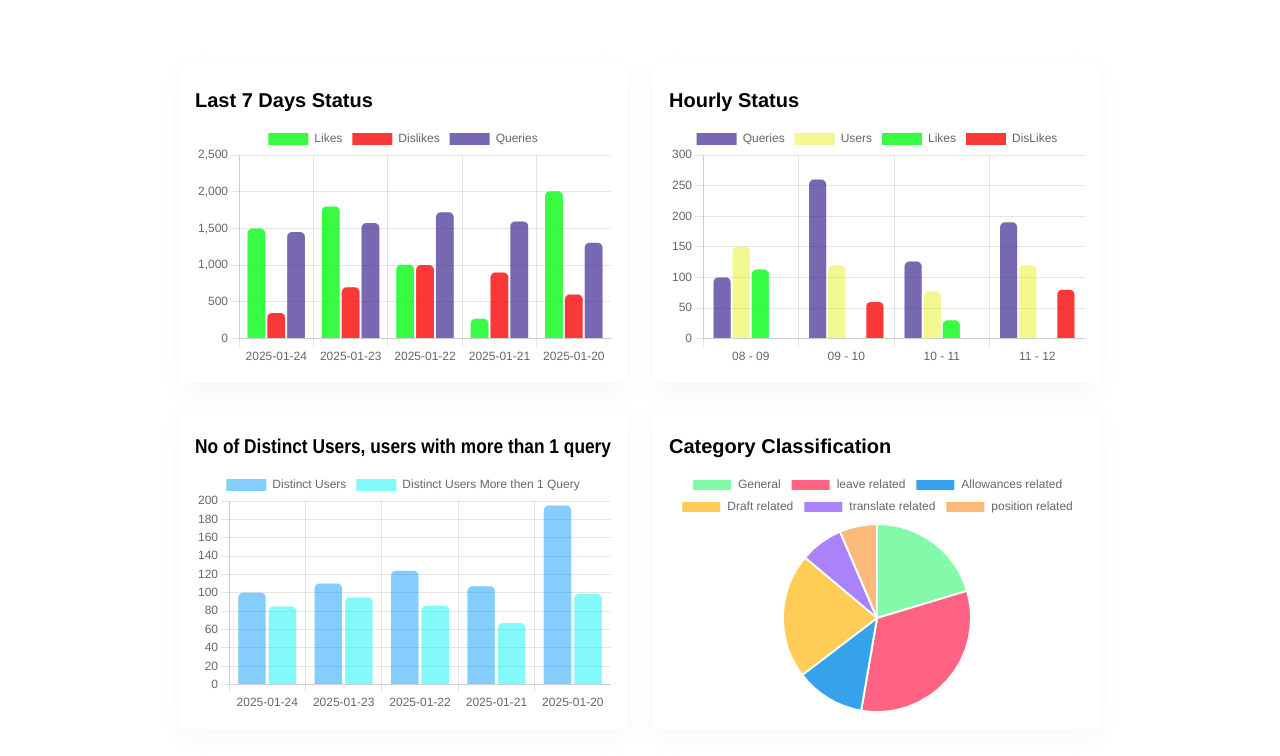
Repository: NAGARAJ-DEVELOPER/Dashboard
Page: /
An editor plug-in stored every save of this project. The page is shown before and after the next save, followed by the edit.
The browser window is 1280 px wide. The pictures show the whole page.
The project was rebuilt for these pictures with package versions that can differ from the ones it lists, and the page was loaded fresh each time. Also part of the build but not shown: vite.config.js.

Above is the page before, as saved 2025-02-12 00:36:36.

### src/App.jsx
import React from "react";
import { Chart as ChartJS, defaults } from "chart.js/auto";
import { Bar, Doughnut, Line, Pie } from "react-chartjs-2";

import "./App.css";


import sourceData from "./data/sourceData.json";
import Week from "./data/7days.json";
import toady from "./data/Today.json";
import user from "./data/Users.json";
import category from "./data/Category.json";

defaults.maintainAspectRatio = false;
defaults.responsive = true;

defaults.plugins.title.display = true;
defaults.plugins.title.align = "start";
defaults.plugins.title.font.size = 20;
defaults.plugins.title.color = "black";

export const App = () => {


  return (
   <>
   <div>
    <br></br>
    <br></br>
   </div>
    <div className="App">

        <div className="dataCard categoryCard">
        <Bar
          data={{
            labels: Week.map((data) => data.DATE1),
            datasets: [
              {
                label: "Likes",
                data: Week.map((data) => data.number_of_likes),
                backgroundColor: [
             "rgba(7, 250, 20, 0.8)",
                ],
                borderRadius: 5,
              },
              {
                label: "Dislikes",
                data: Week.map((data) => data.number_of_dislikes),
                backgroundColor: [

                  "rgba(250, 7, 7, 0.8)",

                ],
                borderRadius: 5,
              },
              {
                label: "Queries",
                data: Week.map((data) => data.number_of_ques),
                backgroundColor: [
                  "rgba(63, 40, 145, 0.7)",
                ],
                borderRadius: 5,
              },
            ],
          }}
          options={{
            plugins: {
              title: {
                text: "Last 7 Days Status",
              },
            },
          }}
        />
      </div>


      <div className="dataCard categoryCard">
        <Bar
          data={{
            labels: toady.map((data) => data.B_TIME),
            datasets: [
              {
                label: "Queries",
                data: toady.map((data) => data.C_Questions),
                backgroundColor: [
                  "rgba(63, 40, 145, 0.7)",
                ],
                borderRadius: 5,
              },
              {
                label: "Users",
                data: toady.map((data) => data.D_Users),
                backgroundColor: [

                  "rgba(231, 235, 8, 0.45)",

                ],
                borderRadius: 5,
              },
              {
                label: "Likes",
                data: toady.map((data) => data.F_Likes),
                backgroundColor: [
                  "rgba(7, 250, 20, 0.8)",
                ],
                borderRadius: 5,
              },
              {
                label: "DisLikes",
                data: toady.map((data) => data.Dis_Likes),
                backgroundColor: [
                  "rgba(250, 7, 7, 0.8)",
                ],
                borderRadius: 5,
              },
            ],
          }}
          options={{
            plugins: {
              title: {
                text: "Hourly Status",
              },
            },
          }}
        />
      </div>
      <div className="dataCard categoryCard">
        <Bar
          data={{
            labels: user.map((data) => data.DATE1),
            datasets: [
              {
                label: "Distinct Users",
                data: user.map((data) => data.number_of_distinct_users),
                backgroundColor: 'rgba(10, 155, 252, 0.5)',
                borderRadius: 5,
              },
              {
                label: "Distinct Users More then 1 Query",
                data: user.map((data) => data.Distinct_Users_more_1query),
                backgroundColor:'rgba(10, 243, 243, 0.5)',
                borderRadius: 5,
              },
            ],
          }}
          options={{
            plugins: {
              title: {
                text: "No of Distinct Users, users with more than 1 query",
              },
            },
          }}
        />
      </div>


      <div className="dataCard categoryCard">
        <Pie
          data={{
            labels: category.map((data) => data.category),
            datasets: [
              {
                label: "Count",
                data: category.map((data) => data.COUNT_CAT),
                backgroundColor: [
                  'rgba(7, 245, 86, 0.5)',
         'rgb(255, 99, 132)',
      'rgb(54, 162, 235)',
      'rgb(255, 205, 86)',
        'rgba(86, 6, 245, 0.5)',
        'rgba(247, 129, 11, 0.55)',
                ],
                borderColor: [
                  'rgb(250, 255, 251)',
                  'rgb(250, 255, 251)',
                  'rgb(250, 255, 251)',
                  'rgb(250, 255, 251)',
                  'rgb(250, 255, 251)',
                  'rgb(250, 255, 251)',
                ],animation :Pie,
              },
            ],
          }}
          options={{
            plugins: {
              title: {
                text: "Category Classification",
              },
            },
          }}
        />
      </div>
    </div>
    </>
  );
};

### src/App.css
.App {
  height: 100vh;
  width: 100%;
  display: flex;
  flex-direction: row;
  align-items: center;
  justify-content: center;
  align-content: center;
  gap: 2vw;
  flex-wrap: wrap;
  background-color: #ffffff;
  overflow: auto;
}
.Height{

}
.dataCard {
  background-color: #ffffff;
  border-radius: 0.5em;
  box-shadow: rgba(208, 210, 218, 0.2) 0px 8px 24px;
  padding: 1em;
}

.revenueCard {
  width: 92%;
  height: 20rem;
}

.customerCard {
  width: 50%;
  height: 20rem;
}

.categoryCard {
  width: 35%;
  height: 20rem;
}

### src/data/sourceData.json
[
  {
    "label": "Queries",
    "value": 327787
  },
  {
    "label": "Likes",
    "value": 45877
  },
  {
    "label": "Dislikes",
    "value": 238787
  }
]

### src/data/7days.json
[
    {  "DATE1": "2025-01-24", "number_of_dislikes": 350, "number_of_likes": 1500,  "number_of_ques": 1452 },
    {  "DATE1": "2025-01-23", "number_of_dislikes": 700, "number_of_likes": 1800,  "number_of_ques": 1574 },
    {  "DATE1": "2025-01-22", "number_of_dislikes": 1003, "number_of_likes": 1005,  "number_of_ques": 1720 },
    {  "DATE1": "2025-01-21", "number_of_dislikes": 900, "number_of_likes": 270,  "number_of_ques": 1596 },
    {  "DATE1": "2025-01-20", "number_of_dislikes": 600, "number_of_likes": 2005,  "number_of_ques": 1304 }
  ]

### src/data/Today.json
[
  { "A_DATE": "2025-01-27", "B_TIME": "08 - 09", "C_Questions": 100, "D_Users": 150 ,"F_Likes": 113},
  { "A_DATE": "2025-01-27",  "B_TIME": "09 - 10", "C_Questions": 260, "D_Users": 120,"Dis_Likes":60},
  { "A_DATE": "2025-01-27", "B_TIME": "10 - 11", "C_Questions": 126, "D_Users": 77, "F_Likes": 30 },
  { "A_DATE": "2025-01-27", "B_TIME": "11 - 12", "C_Questions": 190, "D_Users": 120,"Dis_Likes":80 }
]

### src/data/Users.json
[
  {  "DATE1": "2025-01-24", "number_of_distinct_users": 100, "Distinct_Users_more_1query": 85 },
  {  "DATE1": "2025-01-23", "number_of_distinct_users": 110, "Distinct_Users_more_1query": 95 },
  {  "DATE1": "2025-01-22", "number_of_distinct_users": 124, "Distinct_Users_more_1query": 86  },
  {  "DATE1": "2025-01-21", "number_of_distinct_users": 107, "Distinct_Users_more_1query": 67  },
  {  "DATE1": "2025-01-20", "number_of_distinct_users": 195, "Distinct_Users_more_1query": 99  }
]

### src/data/Category.json
[
  { "category": "General", "COUNT_CAT": 2434 },
  { "category": "leave related", "COUNT_CAT": 3870 },
  { "category": "Allowances related", "COUNT_CAT": 1430 },
  { "category": "Draft related", "COUNT_CAT": 2569 },
  { "category": "translate related", "COUNT_CAT": 891 },
  { "category": "position related", "COUNT_CAT": 770 }
]

Loaded but not shown: index.html (common file); src/main.jsx (common file); src/index.css (common file)

After the next save:
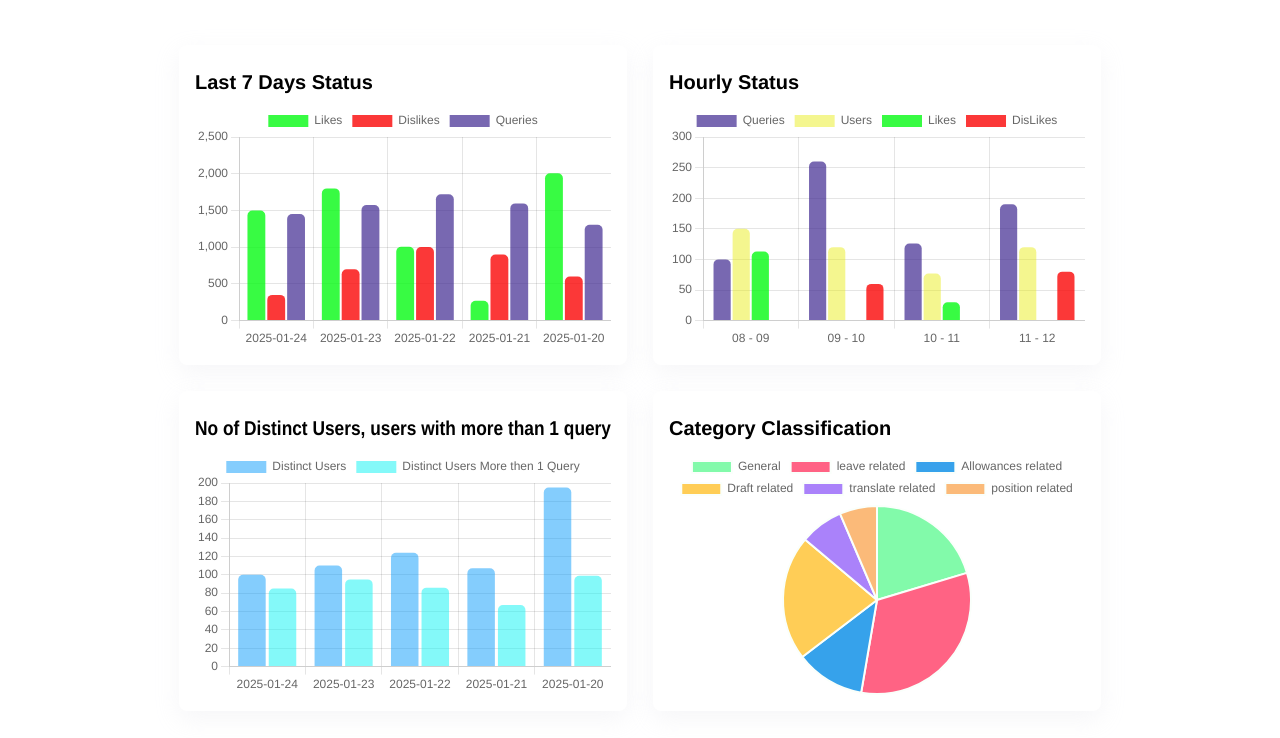
Saved 42 s later.
--- a/src/App.jsx
+++ b/src/App.jsx
@@ -26,7 +26,7 @@ export const App = () => {
    <>
    <div>
     <br></br>
-    <br></br>
+
    </div>
     <div className="App">
 
